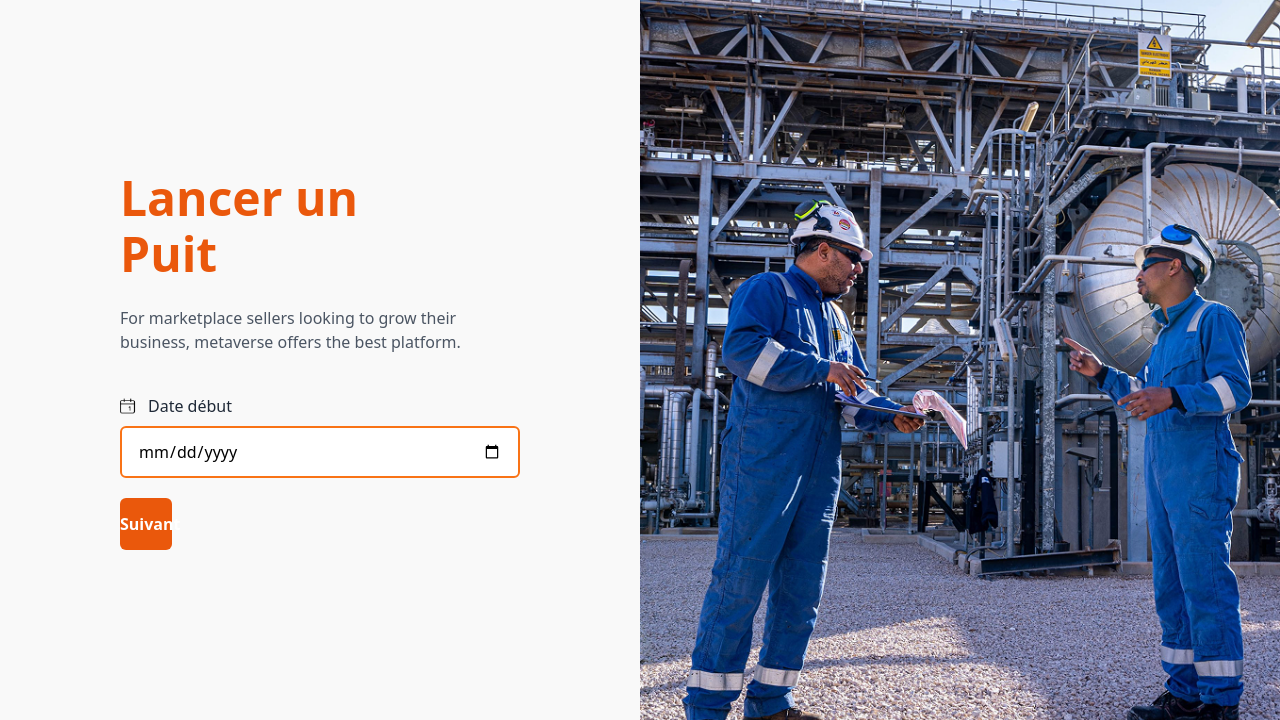
Repository: 123455675848484848484884848484/Projet_2cs
Page: / (app in front/)
An editor plug-in stored every save of this project. The page is shown before and after the next save, followed by the edit.
The browser window is 1280 px wide. The pictures show the whole page.
The project was rebuilt for these pictures with package versions that can differ from the ones it lists, and the page was loaded fresh each time. Also part of the build but not shown: front/src/App.css, front/src/Login.jsx.

Above is the page before, as saved 2025-04-23 18:17:19.

### front/src/App.jsx

import './App.css';
// App.jsx
import React from "react";
import Login from "./Login";
import LancerPuit from './LancerPuit';

function App() {
  return <LancerPuit />;
}

export default App;

### front/src/LancerPuit.jsx
import React, { useState } from "react";

const LancerPuit = () => {
  const [dateDebut, setDateDebut] = useState("");

  const handleSubmit = (e) => {
    e.preventDefault();
    alert(`Date de début sélectionnée : ${dateDebut}`);
  };

  return (
    <div className="flex h-screen overflow-hidden">
      {/* Colonne gauche */}
      <div className="w-1/2 bg-[#f9f9f9] flex items-center justify-center px-[80px]">
        <div className="w-full max-w-[400px]">
          <h1 className="text-[48px] font-bold leading-[56px] text-orange-600">
            Lancer un <br /> Puit
          </h1>

          <p className="text-[16px] text-gray-600 mt-6 mb-10 leading-[24px]">
            For marketplace sellers looking to grow their business, metaverse offers the best platform.
          </p>

          <form onSubmit={handleSubmit} className="space-y-5">
            <div className="space-y-2">
              <div className="flex items-center gap-2">
                <img src="/date.png" alt="date icon" className="w-5 h-5" />
                <label htmlFor="dateDebut" className="text-[16px] font-medium text-gray-800">
                  Date début
                </label>
              </div>

              <input
                type="date"
                id="dateDebut"
                value={dateDebut}
                onChange={(e) => setDateDebut(e.target.value)}
                className="w-full h-[52px] text-[16px] px-4 border-2 border-orange-500 rounded-md focus:outline-none focus:ring-2 focus:ring-orange-600"
                required
              />
            </div>

            <button
              type="submit"
              className="w-[52px] h-[52px] bg-orange-600 hover:bg-orange-700 text-white text-[16px] font-semibold rounded-md transition"
            >
              Suivant
            </button>
          </form>
        </div>
      </div>

      {/* Colonne droite */}
      <div className="w-1/2 h-full">
        <img
          src="/lancerp.png"
          alt="Site industriel"
          className="w-full h-full object-cover"
        />
      </div>
    </div>
  );
};

export default LancerPuit;

Loaded but not shown: front/public/index.html (common file); front/src/index.js (common file); front/src/index.css (common file); front/src/reportWebVitals.js (common file); front/tailwind.config.js (common file)

After the next save:
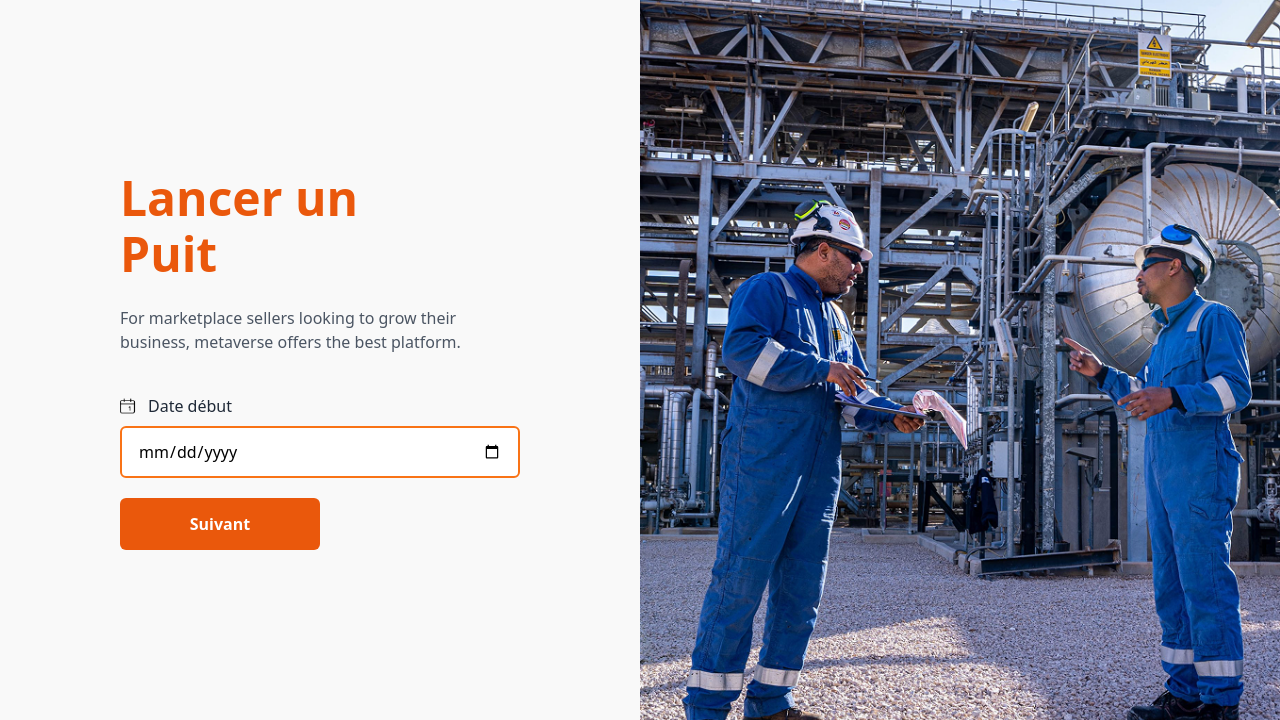
Saved 10 s later.
--- a/front/src/LancerPuit.jsx
+++ b/front/src/LancerPuit.jsx
@@ -42,7 +42,7 @@ const LancerPuit = () => {
 
             <button
               type="submit"
-              className="w-[52px] h-[52px] bg-orange-600 hover:bg-orange-700 text-white text-[16px] font-semibold rounded-md transition"
+              className="w-[200px] h-[52px] bg-orange-600 hover:bg-orange-700 text-white text-[16px] font-semibold rounded-md transition"
             >
               Suivant
             </button>
